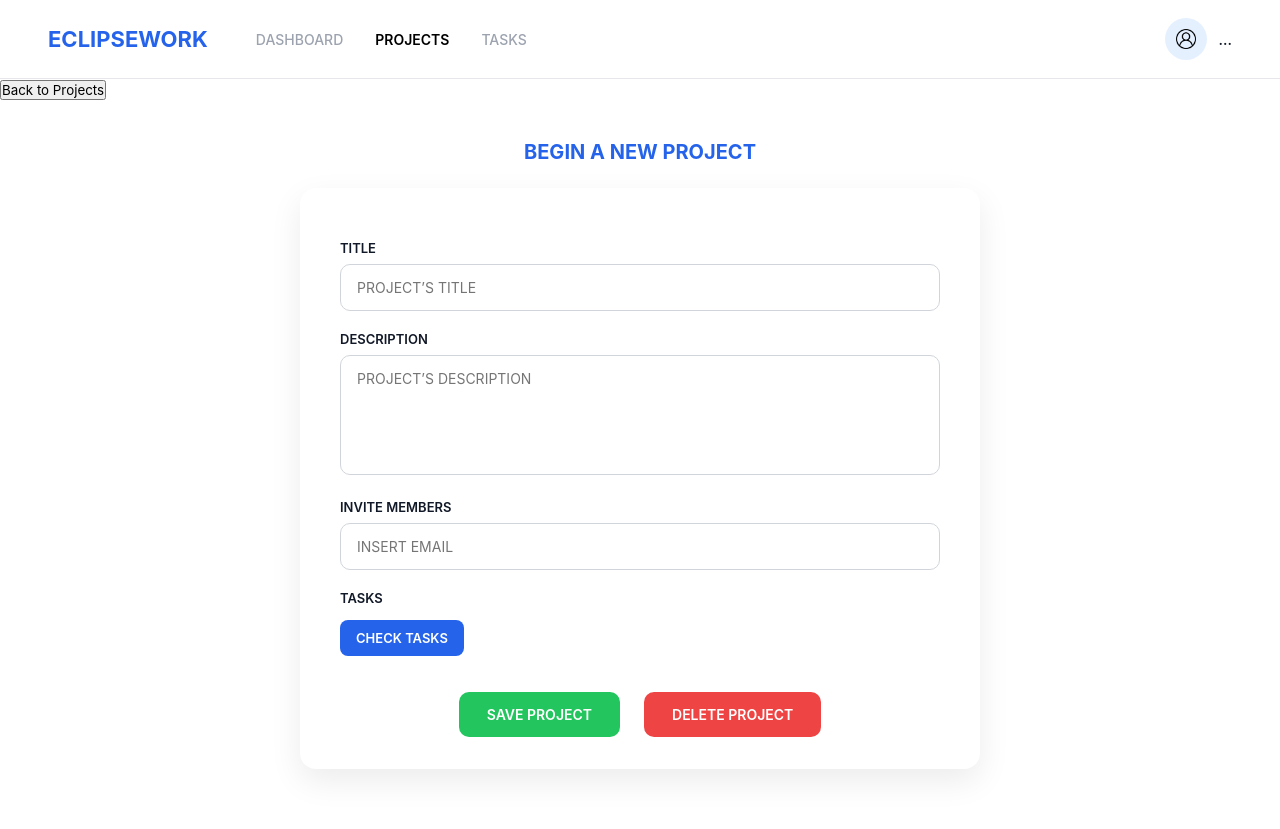
Repository: lynaannou/work-management-app
Page: src/main/resources/ressources/view/project-form.html
The author's editor kept a copy of each file at every save. The page is drawn from the files as they stood at one save, then again after the next save.
The browser window is 1280 px wide. The pictures show the whole page.

Above is the page before, as saved 2025-12-25 00:34:26.

### src/main/resources/ressources/view/project-form.html
<!DOCTYPE html>
<html lang="en">
<head>
  <meta charset="UTF-8">
  <title>ECLIPSEWORK – New Project</title>
  <link rel="stylesheet" href="project-form.css">
</head>

<body>

<!-- =========================
     NAVBAR
========================= -->
<div class="navbar">
  <div class="nav-left">
    <div class="brand">ECLIPSEWORK</div>

    <div class="nav-links">
      <a href="#" onclick="goDashboard()">DASHBOARD</a>
      <a href="#" class="active">PROJECTS</a>
      <a href="#" onclick="goTasks()">TASKS</a>
    </div>
  </div>

  <div class="nav-right">
    <div class="avatar">
      <img src="user.png" alt="user">
    </div>
    <div class="user-name">...</div>
  </div>
</div>
<div class="page-actions">
  <button class="back-btn" onclick="goBackToProjects()">Back to Projects</button>
</div>


<!-- =========================
     PAGE TITLE
========================= -->
<h2 class="page-title">BEGIN A NEW PROJECT</h2>

<!-- =========================
     PROJECT FORM
========================= -->
<div class="form-container">

  <label for="projectTitle">TITLE</label>
  <input
    type="text"
    id="projectTitle"
    placeholder="PROJECT’S TITLE"
  />

  <label for="projectDescription">DESCRIPTION</label>
  <textarea
    id="projectDescription"
    placeholder="PROJECT’S DESCRIPTION"
  ></textarea>

  <label for="inviteEmail">INVITE MEMBERS</label>
  <input
    type="email"
    id="inviteEmail"
    placeholder="INSERT EMAIL"
  />

  <label>TASKS</label>
  <button class="btn-secondary" onclick="checkTasks()">
    CHECK TASKS
  </button>

  <div class="actions">
    <button class="btn-save" onclick="saveProject()">
      SAVE PROJECT
    </button>

    <button class="btn-delete" onclick="deleteProject()">
      DELETE PROJECT
    </button>
  </div>
</div>

<!-- =========================
     NAVIGATION FUNCTIONS
========================= -->
<script>
function goDashboard() {
  if (window.java && window.java.openDashboard) {
    window.java.openDashboard();
  } else {
    console.warn("Dashboard navigation not available");
  }
}

function goTasks() {
  if (window.java && window.java.openTasks) {
    window.java.openTasks();
  } else {
    console.warn("Tasks navigation not available");
  }
}
</script>

<!-- =========================
     PROJECT ACTIONS (STUB)
========================= -->
<script>
function checkTasks() {
  console.log("📋 Check tasks clicked");
}

function saveProject() {
  if (!window.currentUser) {
    alert("User not loaded");
    return;
  }

  if (!window.javaBridge || !window.javaBridge.createProject) {
    alert("Backend bridge not available");
    return;
  }

  const title = document.getElementById("projectTitle").value.trim();
  const description = document.getElementById("projectDescription").value.trim();
  const inviteEmail = document.getElementById("inviteEmail").value.trim();

  if (!title) {
    alert("Project title is required");
    return;
  }

  // You decided: invite by EMAIL, CSV-compatible
  const invitedEmailsCsv = inviteEmail; // single email for now

  console.log("💾 Creating project:", {
    title,
    description,
    invitedEmailsCsv
  });

  // 🔗 CALL JAVA BACKEND
  const raw = window.javaBridge.createProject(
    title,
    description,
    invitedEmailsCsv
  );

  if (!raw) {
    alert("No response from server");
    return;
  }

  let response;
  try {
    response = JSON.parse(raw);
  } catch (e) {
    console.error("Invalid JSON from backend:", raw);
    alert("Server error");
    return;
  }

  if (!response.success) {
    alert(response.error || "Project creation failed");
    return;
  }

  console.log("✅ Project created with teamId =", response.teamId);

  // 🔁 Redirect to projects list
  if (window.java && window.java.navigateTo) {
    window.java.navigateTo("projects.html");
  } else {
    console.warn("Navigation not available, reloading");
    location.reload();
  }
}
</script>

</script>

<!-- =========================
     USER CONTEXT INITIALIZATION
========================= -->
<script>
function initUserContext() {

  if (!window.javaBridge) {
    console.warn("⏳ Waiting for javaBridge...");
    setTimeout(initUserContext, 50);
    return;
  }

  const raw = window.javaBridge.getCurrentUserInfo();

  if (!raw || raw === "{}") {
    console.error("❌ No authenticated user");
    return;
  }

  try {
    const user = JSON.parse(raw);

    // SINGLE SOURCE OF TRUTH
    window.currentUser = {
      id: user.userId,
      fullName: user.firstName + " " + user.lastName,
      email: user.email,
      role: user.role
    };

    const nameEl = document.querySelector(".user-name");
    if (nameEl) {
      nameEl.textContent = window.currentUser.fullName;
    }

    console.log("✅ Current user loaded:", window.currentUser);

  } catch (e) {
    console.error("❌ Failed to parse user info", e);
  }
}

// Start initialization
initUserContext();
</script>
<script>
function goBackToProjects() {
  if (window.java && window.java.navigateTo) {
    window.java.navigateTo("projects.html");
  } else {
    console.warn("Projects navigation not available");
  }
}
</script>

</body>
</html>

### src/main/resources/ressources/view/project-form.css
/* =========================
   RESET
========================= */
* {
  margin: 0;
  padding: 0;
  box-sizing: border-box;
  font-family: "Inter", "Segoe UI", sans-serif;
}

body {
  background: #ffffff;
  color: #111827;
}

/* =========================
   NAVBAR
========================= */
.navbar {
  display: flex;
  justify-content: space-between;
  align-items: center;
  padding: 18px 48px;
  border-bottom: 1px solid #e5e7eb;
}

.nav-left {
  display: flex;
  align-items: center;
  gap: 48px;
}

.brand {
  font-size: 22px;
  font-weight: 700;
  color: #2563eb;
}

.nav-links {
  display: flex;
  gap: 32px;
}

.nav-links a {
  text-decoration: none;
  font-size: 14px;
  font-weight: 500;
  color: #9ca3af;
}

.nav-links a.active {
  color: #000;
  font-weight: 600;
}

.nav-right {
  display: flex;
  align-items: center;
  gap: 12px;
}

.avatar {
  width: 42px;
  height: 42px;
  border-radius: 50%;
  background: #e5f0ff;
  display: flex;
  align-items: center;
  justify-content: center;
}

.avatar img {
  width: 20px;
}

.user-name {
  font-size: 14px;
  font-weight: 600;
}

/* =========================
   TITLE
========================= */
.page-title {
  margin: 40px 0 24px;
  text-align: center;
  font-size: 20px;
  font-weight: 700;
  color: #2563eb;
}

/* =========================
   FORM CONTAINER
========================= */
.form-container {
  width: 680px;
  margin: 0 auto 60px;
  background: #ffffff;
  border-radius: 16px;
  padding: 32px 40px;
  box-shadow: 0 12px 32px rgba(0, 0, 0, 0.08);
}

/* =========================
   FORM ELEMENTS
========================= */
.form-container label {
  display: block;
  margin-top: 20px;
  margin-bottom: 8px;
  font-size: 13px;
  font-weight: 600;
  color: #111827;
}

.form-container input,
.form-container textarea {
  width: 100%;
  padding: 14px 16px;
  border-radius: 10px;
  border: 1px solid #d1d5db;
  font-size: 14px;
}

.form-container textarea {
  resize: none;
  height: 120px;
}

/* =========================
   BUTTONS
========================= */
.btn-secondary {
  margin-top: 6px;
  padding: 10px 16px;
  background: #2563eb;
  color: white;
  border: none;
  border-radius: 8px;
  font-size: 13px;
  font-weight: 600;
  cursor: pointer;
}

.btn-secondary:hover {
  background: #1e4fd8;
}

/* =========================
   ACTIONS
========================= */
.actions {
  display: flex;
  justify-content: center;
  gap: 24px;
  margin-top: 36px;
}

.btn-save {
  background: #22c55e;
  color: white;
  border: none;
  padding: 14px 28px;
  font-size: 14px;
  font-weight: 600;
  border-radius: 10px;
  cursor: pointer;
}

.btn-save:hover {
  background: #16a34a;
}

.btn-delete {
  background: #ef4444;
  color: white;
  border: none;
  padding: 14px 28px;
  font-size: 14px;
  font-weight: 600;
  border-radius: 10px;
  cursor: pointer;
}

.btn-delete:hover {
  background: #dc2626;
}

After the next save:
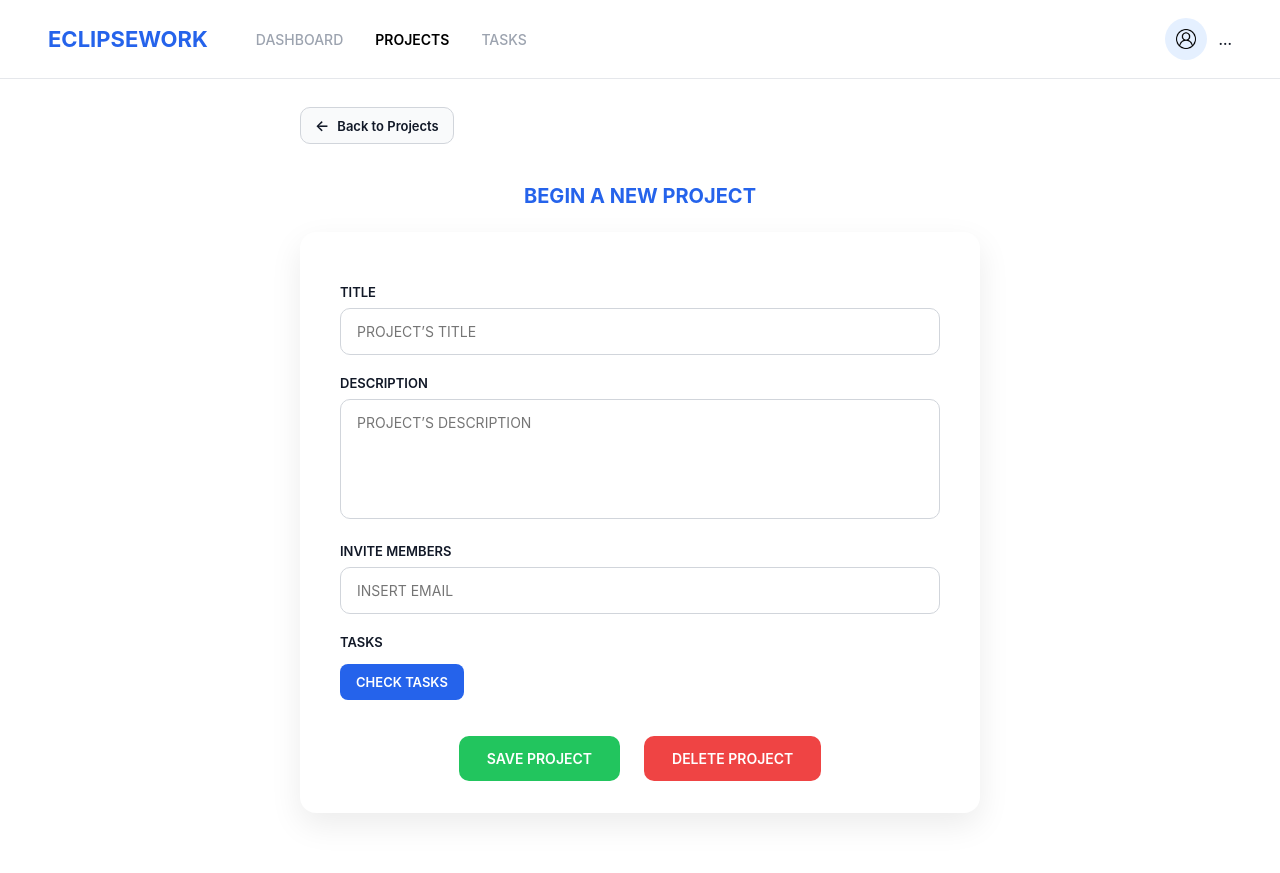
Saved 16 s later.
--- a/src/main/resources/ressources/view/project-form.css
+++ b/src/main/resources/ressources/view/project-form.css
@@ -185,3 +185,48 @@ body {
 .btn-delete:hover {
   background: #dc2626;
 }
+/* =========================
+   PAGE ACTIONS
+========================= */
+.page-actions {
+  max-width: 680px;
+  margin: 28px auto 0;
+}
+
+/* =========================
+   BACK BUTTON
+========================= */
+.back-btn {
+  display: inline-flex;
+  align-items: center;
+  gap: 8px;
+
+  padding: 8px 14px;
+
+  background: #f9fafb;
+  color: #111827;
+
+  border: 1px solid #d1d5db;
+  border-radius: 10px;
+
+  font-size: 13px;
+  font-weight: 600;
+
+  cursor: pointer;
+  transition: all 0.2s ease;
+}
+
+.back-btn:hover {
+  background: #eef2ff;
+  border-color: #2563eb;
+  color: #2563eb;
+}
+
+.back-btn:active {
+  transform: translateX(-2px);
+}
+
+.back-btn::before {
+  content: "←";
+  font-size: 15px;
+}
